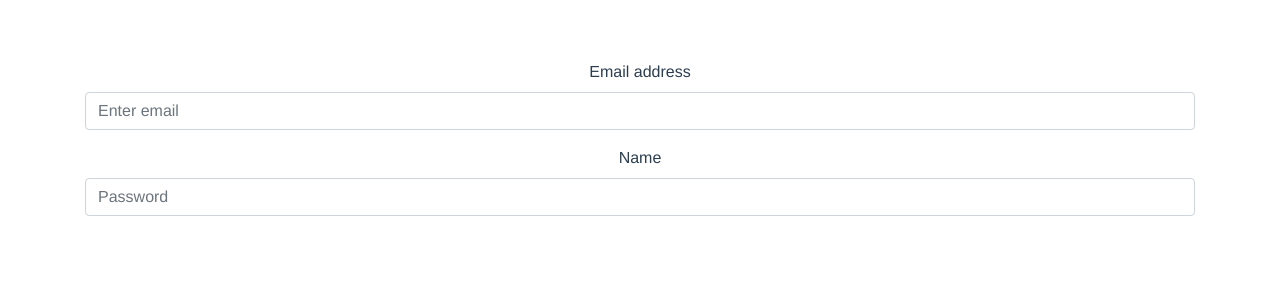
Repository: rupeshpawar93/vue-profile
Page: /#/company-form
These files come from the project's save history. The page is drawn as it stood at one moment and after the next save; the edit follows.
The browser window is 1280 px wide. The pictures show the whole page.
The project was rebuilt for these pictures with package versions that can differ from the ones it lists, and the page was loaded fresh each time. Also part of the build but not shown: webpack.config.js, src/components/Portfolio.vue, src/components/PortfolioDetail.vue, src/components/Mycart.vue.

Above is the page before, as saved 2019-11-04 12:44:50.

After the next save:
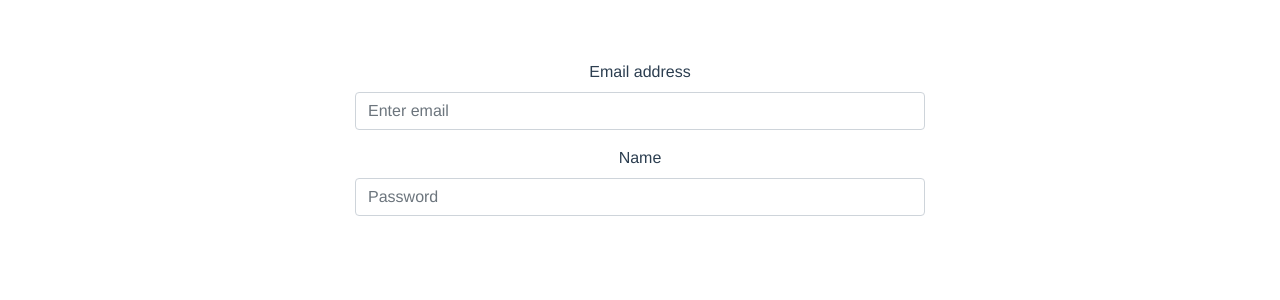
Saved 4 s later.
--- a/src/components/Company.vue
+++ b/src/components/Company.vue
@@ -14,7 +14,7 @@
 </template>
 <style scoped>
     .container {
-        width:600;
+        width:600px;
         margin: 0 auto;
     }
 </style>>
